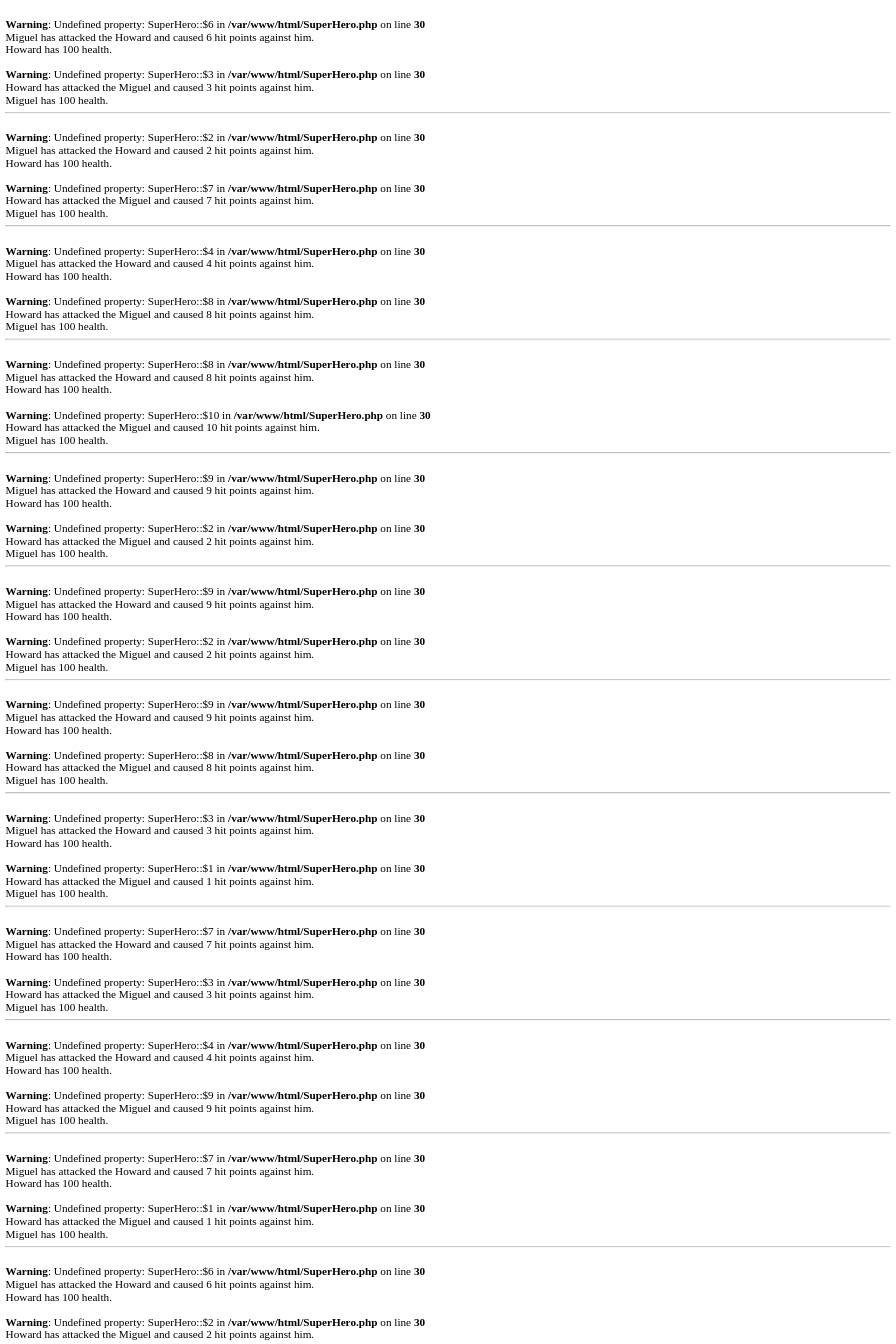
Repository: kargoh/CST236-Topic1
Page: http://localhost/Play.php
An editor plug-in stored every save of this project. The page is shown before and after the next save, followed by the edit.
The browser window is 1280 px wide. The pictures show the part of the page from y = 0 to 1920 px (the page is 2697748 px tall before and 1628 px after), at 70% of full size.
The page is run by PHP 8.4 with error messages shown; the project is at /var/www/html/.

Above is the page before, as saved 2020-09-21 22:53:02.

### Topic1-SuperHero/Play.php
<?php

error_reporting(E_ALL);
ini_set('display_errors', 1);

require_once 'SuperHero.php';

$ultraMan = new SuperHero("Miguel");
$unstoppable = new SuperHero("Howard");

while($ultraMan->isHeDead() == "alive" && $unstoppable->isHeDead() == "alive"){
    $ultraMan->attack($unstoppable);
    echo $unstoppable->getName() . " has " . $unstoppable->getHealth() . " health.<br>";
    $unstoppable->attack($ultraMan);
    echo $ultraMan->getName() . " has " . $ultraMan->getHealth() . " health.<br>";
    echo "<hr>";
}

?>

### Topic1-SuperHero/SuperHero.php
<?php

require_once 'Person.php';

class SuperHero extends Person {

    private $hasCape;
    private $health;
    private $isDead;



    public function __construct($name) {
        $this->name = $name;
        $this->health = 100;
        $this->isDead = False;
    }

    public function getHealth()
    {
        return $this->health;
    }

    public function setHealth($health)
    {
        $this->health = $health;
    }

    public function takeDamage($hitAgainstMe) {
        $this->health = $this->health - $this->$hitAgainstMe;
        if($this->health <= 0){
            $this->isDead = true;
        }

    }

    public function attack($enemy){
        $damage = rand(1,10);
        $enemy->takeDamage($damage);
        echo $this->name . " has attacked the " . $enemy->name . " and caused " . $damage . " hit points against him.<br>";
    }

    public function isHeDead() {
        if ($this->isDead){
            return "dead";
        } else {
            return "alive";
        }
    }

    public function obtainACape() {
        $this->hasCape = True;
    }

    public function loseCape() {
        $this->hasCape = False;
    }

    public function capeStatus() {
        if($this->hasCape == true){
            echo $this->name . " has a cape.<br>";
        } else {
            echo $this->name . " does not have a cape.<br>";
        }
    }
}



?>

### Topic1-SuperHero/Person.php
<?php

class Person
{
    protected $name;
    private $age;
    private $username;
    private $password;

    /**
     * @return mixed
     */
    public function getName()
    {
        return $this->name;
    }

    /**
     * @param mixed $name
     */
    public function setName($name)
    {
        $this->name = $name;
    }

    public function __construct($name) {
        $this->name = $name;
        echo "Hello my name is " .$name . "<br>";
        $this->username = "isaiah";
        $this->password = "password";
    }

}
?>

After the next save:
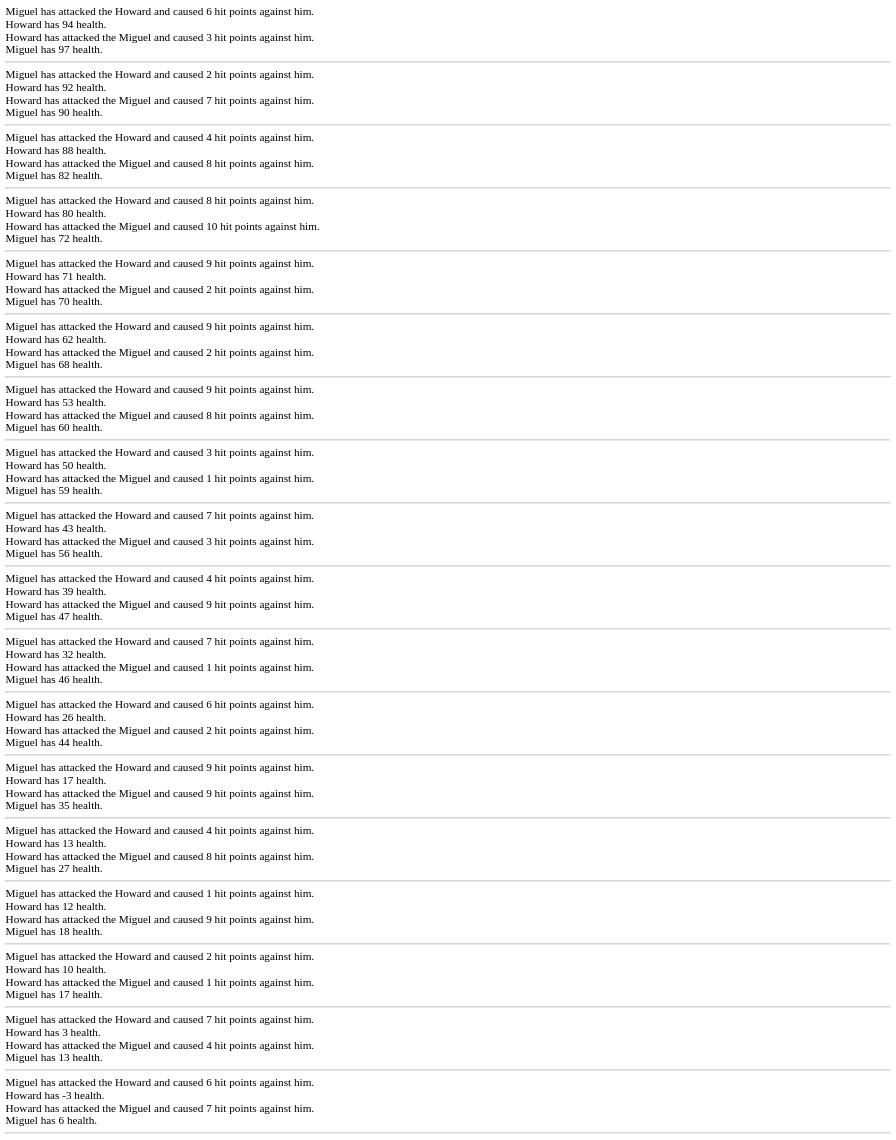
Saved 114 s later.
--- a/Topic1-SuperHero/SuperHero.php
+++ b/Topic1-SuperHero/SuperHero.php
@@ -27,7 +27,7 @@
     }
 
     public function takeDamage($hitAgainstMe) {
-        $this->health = $this->health - $this->$hitAgainstMe;
+        $this->health = $this->health - $hitAgainstMe;
         if($this->health <= 0){
             $this->isDead = true;
         }
